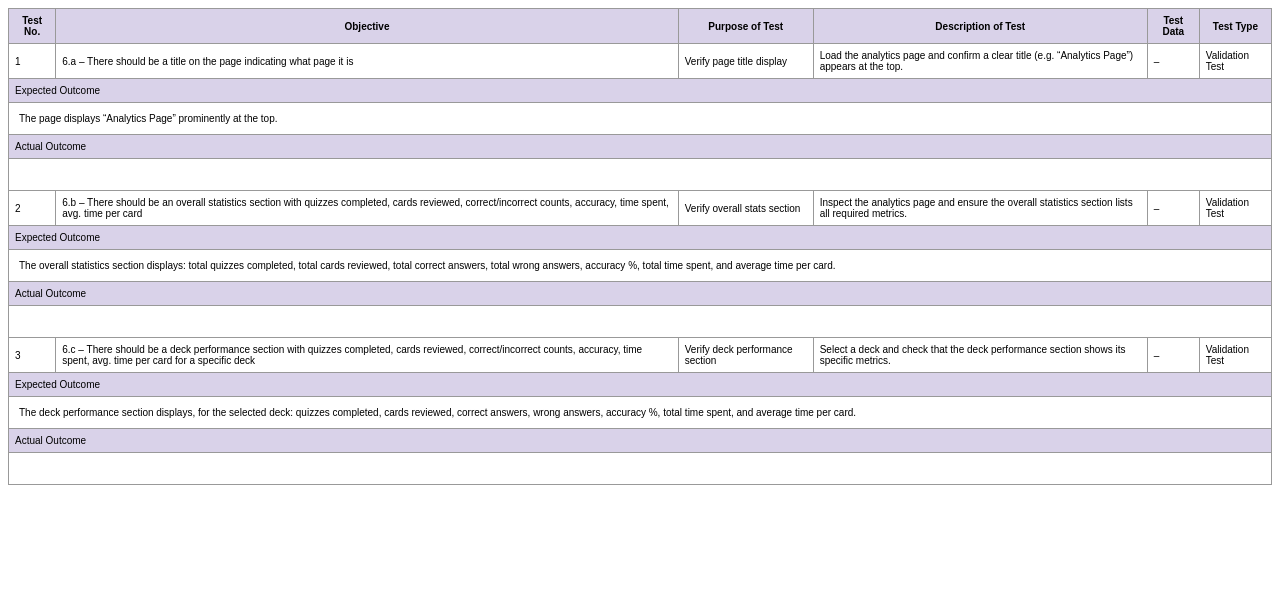
Repository: KetchupEater24/CS-NEA
Page: lol.html
An editor plug-in stored every save of this project. The page is shown before and after the next save, followed by the edit.
The browser window is 1280 px wide. The pictures show the whole page.

Above is the page before, as saved 2025-04-25 20:48:03.

### lol.html
<table style="border-collapse: collapse; width: 100%; font-family: sans-serif; font-size: 10px;">
    <thead>
      <tr style="background-color: #d9d2e9;">
        <th style="border: 1px solid #999; padding: 6px;">Test No.</th>
        <th style="border: 1px solid #999; padding: 6px;">Objective</th>
        <th style="border: 1px solid #999; padding: 6px;">Purpose of Test</th>
        <th style="border: 1px solid #999; padding: 6px;">Description of Test</th>
        <th style="border: 1px solid #999; padding: 6px;">Test Data</th>
        <th style="border: 1px solid #999; padding: 6px;">Test Type</th>
      </tr>
    </thead>
    <tbody>
      <!-- Test 1 -->
      <tr>
        <td style="border: 1px solid #999; padding: 6px;">1</td>
        <td style="border: 1px solid #999; padding: 6px;">6.a – There should be a title on the page indicating what page it is</td>
        <td style="border: 1px solid #999; padding: 6px;">Verify page title display</td>
        <td style="border: 1px solid #999; padding: 6px;">
          Load the analytics page and confirm a clear title (e.g. “Analytics Page”) appears at the top.
        </td>
        <td style="border: 1px solid #999; padding: 6px;">–</td>
        <td style="border: 1px solid #999; padding: 6px;">Validation Test</td>
      </tr>
      <tr>
        <td colspan="6" style="border: 1px solid #999; padding: 6px; background-color: #d9d2e9;">
          Expected Outcome
        </td>
      </tr>
      <tr>
        <td colspan="6" style="border: 1px solid #999; padding: 10px;">
          The page displays “Analytics Page” prominently at the top.
        </td>
      </tr>
      <tr>
        <td colspan="6" style="border: 1px solid #999; padding: 6px; background-color: #d9d2e9;">
          Actual Outcome
        </td>
      </tr>
      <tr>
        <td colspan="6" style="border: 1px solid #999; padding: 10px;">&nbsp;</td>
      </tr>

      <!-- Test 2 -->
      <tr>
        <td style="border: 1px solid #999; padding: 6px;">2</td>
        <td style="border: 1px solid #999; padding: 6px;">6.b – There should be an overall statistics section with quizzes completed, cards reviewed, correct/incorrect counts, accuracy, time spent, avg. time per card</td>
        <td style="border: 1px solid #999; padding: 6px;">Verify overall stats section</td>
        <td style="border: 1px solid #999; padding: 6px;">
          Inspect the analytics page and ensure the overall statistics section lists all required metrics.
        </td>
        <td style="border: 1px solid #999; padding: 6px;">–</td>
        <td style="border: 1px solid #999; padding: 6px;">Validation Test</td>
      </tr>
      <tr>
        <td colspan="6" style="border: 1px solid #999; padding: 6px; background-color: #d9d2e9;">
          Expected Outcome
        </td>
      </tr>
      <tr>
        <td colspan="6" style="border: 1px solid #999; padding: 10px;">
          The overall statistics section displays: total quizzes completed, total cards reviewed, total correct answers, total wrong answers, accuracy %, total time spent, and average time per card.
        </td>
      </tr>
      <tr>
        <td colspan="6" style="border: 1px solid #999; padding: 6px; background-color: #d9d2e9;">
          Actual Outcome
        </td>
      </tr>
      <tr>
        <td colspan="6" style="border: 1px solid #999; padding: 10px;">&nbsp;</td>
      </tr>

      <!-- Test 3 -->
      <tr>
        <td style="border: 1px solid #999; padding: 6px;">3</td>
        <td style="border: 1px solid #999; padding: 6px;">6.c – There should be a deck performance section with quizzes completed, cards reviewed, correct/incorrect counts, accuracy, time spent, avg. time per card for a specific deck</td>
        <td style="border: 1px solid #999; padding: 6px;">Verify deck performance section</td>
        <td style="border: 1px solid #999; padding: 6px;">
          Select a deck and check that the deck performance section shows its specific metrics.
        </td>
        <td style="border: 1px solid #999; padding: 6px;">–</td>
        <td style="border: 1px solid #999; padding: 6px;">Validation Test</td>
      </tr>
      <tr>
        <td colspan="6" style="border: 1px solid #999; padding: 6px; background-color: #d9d2e9;">
          Expected Outcome
        </td>
      </tr>
      <tr>
        <td colspan="6" style="border: 1px solid #999; padding: 10px;">
          The deck performance section displays, for the selected deck: quizzes completed, cards reviewed, correct answers, wrong answers, accuracy %, total time spent, and average time per card.
        </td>
      </tr>
      <tr>
        <td colspan="6" style="border: 1px solid #999; padding: 6px; background-color: #d9d2e9;">
          Actual Outcome
        </td>
      </tr>
      <tr>
        <td colspan="6" style="border: 1px solid #999; padding: 10px;">&nbsp;</td>
      </tr>
    </tbody>
  </table>

After the next save:
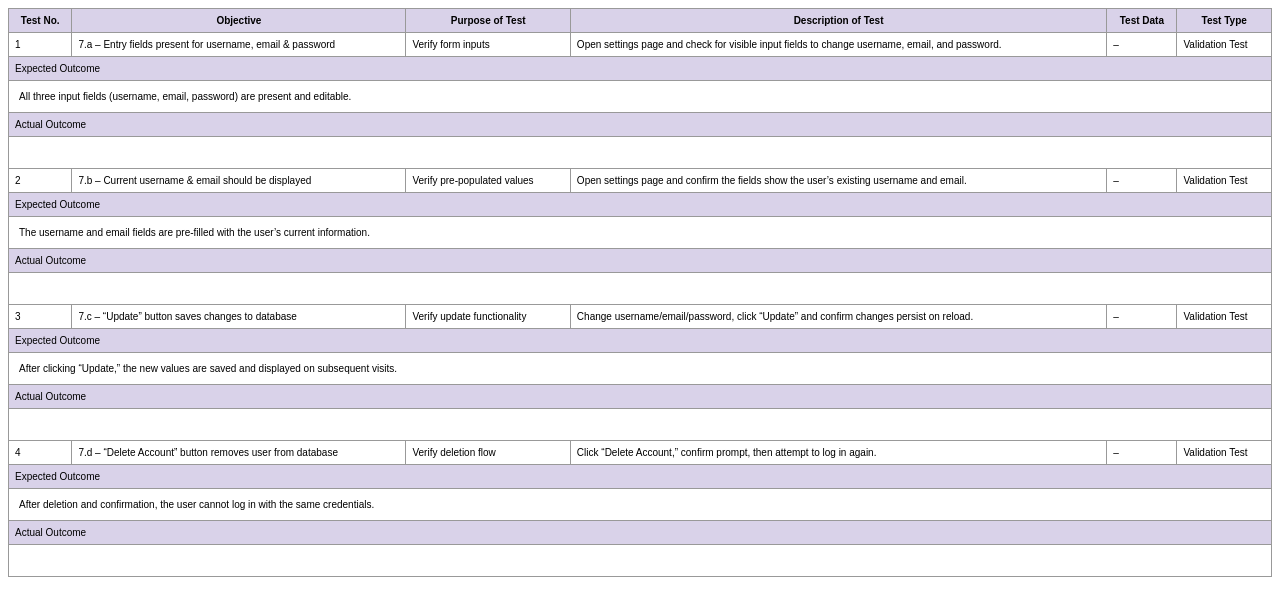
Saved 15 min 58 s later.
--- a/lol.html
+++ b/lol.html
@@ -1,6 +1,6 @@
 <table style="border-collapse: collapse; width: 100%; font-family: sans-serif; font-size: 10px;">
     <thead>
-      <tr style="background-color: #d9d2e9;">
+      <tr style="background-color: #d9d2e9; font-weight: bold;">
         <th style="border: 1px solid #999; padding: 6px;">Test No.</th>
         <th style="border: 1px solid #999; padding: 6px;">Objective</th>
         <th style="border: 1px solid #999; padding: 6px;">Purpose of Test</th>
@@ -13,10 +13,10 @@
       <!-- Test 1 -->
       <tr>
         <td style="border: 1px solid #999; padding: 6px;">1</td>
-        <td style="border: 1px solid #999; padding: 6px;">6.a – There should be a title on the page indicating what page it is</td>
-        <td style="border: 1px solid #999; padding: 6px;">Verify page title display</td>
+        <td style="border: 1px solid #999; padding: 6px;">7.a – Entry fields present for username, email & password</td>
+        <td style="border: 1px solid #999; padding: 6px;">Verify form inputs</td>
         <td style="border: 1px solid #999; padding: 6px;">
-          Load the analytics page and confirm a clear title (e.g. “Analytics Page”) appears at the top.
+          Open settings page and check for visible input fields to change username, email, and password.
         </td>
         <td style="border: 1px solid #999; padding: 6px;">–</td>
         <td style="border: 1px solid #999; padding: 6px;">Validation Test</td>
@@ -28,7 +28,7 @@
       </tr>
       <tr>
         <td colspan="6" style="border: 1px solid #999; padding: 10px;">
-          The page displays “Analytics Page” prominently at the top.
+          All three input fields (username, email, password) are present and editable.
         </td>
       </tr>
       <tr>
@@ -43,10 +43,10 @@
       <!-- Test 2 -->
       <tr>
         <td style="border: 1px solid #999; padding: 6px;">2</td>
-        <td style="border: 1px solid #999; padding: 6px;">6.b – There should be an overall statistics section with quizzes completed, cards reviewed, correct/incorrect counts, accuracy, time spent, avg. time per card</td>
-        <td style="border: 1px solid #999; padding: 6px;">Verify overall stats section</td>
+        <td style="border: 1px solid #999; padding: 6px;">7.b – Current username & email should be displayed</td>
+        <td style="border: 1px solid #999; padding: 6px;">Verify pre-populated values</td>
         <td style="border: 1px solid #999; padding: 6px;">
-          Inspect the analytics page and ensure the overall statistics section lists all required metrics.
+          Open settings page and confirm the fields show the user’s existing username and email.
         </td>
         <td style="border: 1px solid #999; padding: 6px;">–</td>
         <td style="border: 1px solid #999; padding: 6px;">Validation Test</td>
@@ -58,7 +58,7 @@
       </tr>
       <tr>
         <td colspan="6" style="border: 1px solid #999; padding: 10px;">
-          The overall statistics section displays: total quizzes completed, total cards reviewed, total correct answers, total wrong answers, accuracy %, total time spent, and average time per card.
+          The username and email fields are pre-filled with the user’s current information.
         </td>
       </tr>
       <tr>
@@ -73,10 +73,10 @@
       <!-- Test 3 -->
       <tr>
         <td style="border: 1px solid #999; padding: 6px;">3</td>
-        <td style="border: 1px solid #999; padding: 6px;">6.c – There should be a deck performance section with quizzes completed, cards reviewed, correct/incorrect counts, accuracy, time spent, avg. time per card for a specific deck</td>
-        <td style="border: 1px solid #999; padding: 6px;">Verify deck performance section</td>
+        <td style="border: 1px solid #999; padding: 6px;">7.c – “Update” button saves changes to database</td>
+        <td style="border: 1px solid #999; padding: 6px;">Verify update functionality</td>
         <td style="border: 1px solid #999; padding: 6px;">
-          Select a deck and check that the deck performance section shows its specific metrics.
+          Change username/email/password, click “Update” and confirm changes persist on reload.
         </td>
         <td style="border: 1px solid #999; padding: 6px;">–</td>
         <td style="border: 1px solid #999; padding: 6px;">Validation Test</td>
@@ -88,7 +88,37 @@
       </tr>
       <tr>
         <td colspan="6" style="border: 1px solid #999; padding: 10px;">
-          The deck performance section displays, for the selected deck: quizzes completed, cards reviewed, correct answers, wrong answers, accuracy %, total time spent, and average time per card.
+          After clicking “Update,” the new values are saved and displayed on subsequent visits.
+        </td>
+      </tr>
+      <tr>
+        <td colspan="6" style="border: 1px solid #999; padding: 6px; background-color: #d9d2e9;">
+          Actual Outcome
+        </td>
+      </tr>
+      <tr>
+        <td colspan="6" style="border: 1px solid #999; padding: 10px;">&nbsp;</td>
+      </tr>
+
+      <!-- Test 4 -->
+      <tr>
+        <td style="border: 1px solid #999; padding: 6px;">4</td>
+        <td style="border: 1px solid #999; padding: 6px;">7.d – “Delete Account” button removes user from database</td>
+        <td style="border: 1px solid #999; padding: 6px;">Verify deletion flow</td>
+        <td style="border: 1px solid #999; padding: 6px;">
+          Click “Delete Account,” confirm prompt, then attempt to log in again.
+        </td>
+        <td style="border: 1px solid #999; padding: 6px;">–</td>
+        <td style="border: 1px solid #999; padding: 6px;">Validation Test</td>
+      </tr>
+      <tr>
+        <td colspan="6" style="border: 1px solid #999; padding: 6px; background-color: #d9d2e9;">
+          Expected Outcome
+        </td>
+      </tr>
+      <tr>
+        <td colspan="6" style="border: 1px solid #999; padding: 10px;">
+          After deletion and confirmation, the user cannot log in with the same credentials.
         </td>
       </tr>
       <tr>
